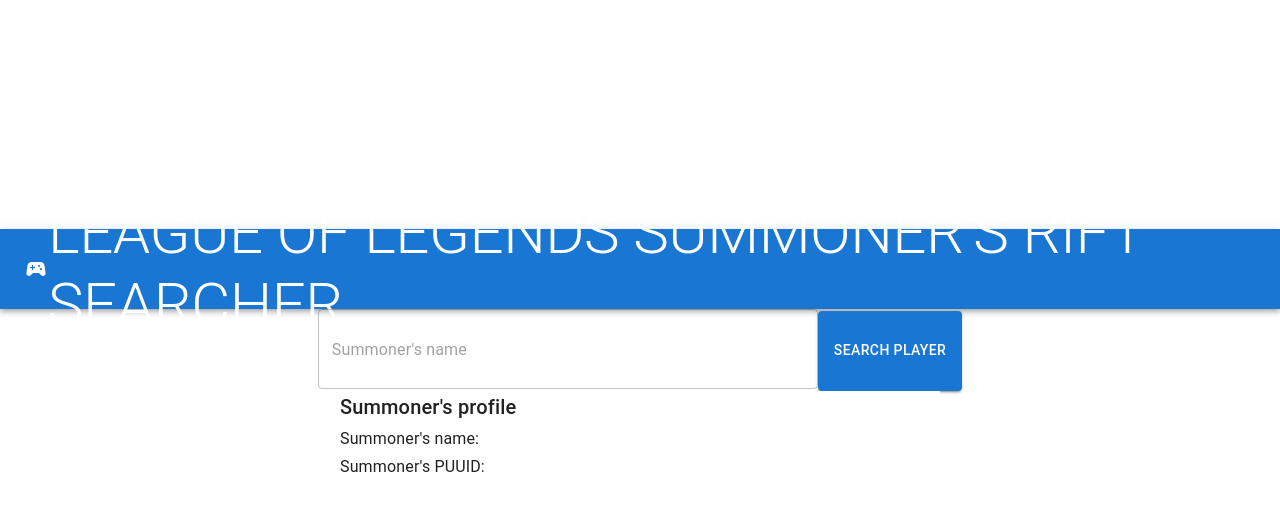
Repository: Mikerr21/League-Of-Legends-API
Page: /
An editor plug-in stored every save of this project. The page is shown before and after the next save, followed by the edit.
The browser window is 1280 px wide. The pictures show the whole page.
The page's requests for data from a server got no answer. The project was rebuilt for these pictures with package versions that can differ from the ones it lists, and the page was loaded fresh each time. No one was signed in, and anything a server would have sent is missing.

Above is the page before, as saved 2022-09-24 22:30:19.

### public/index.html
<!DOCTYPE html>
<html lang="en">
  <head>
    <meta charset="utf-8" />
    <link rel="icon" href="%PUBLIC_URL%/favicon.ico" />
    <meta name="viewport" content="width=device-width, initial-scale=1" />
    <meta name="theme-color" content="#000000" />
    <meta
      name="description"
      content="Web site created using create-react-app"
    />
    <link rel="apple-touch-icon" href="%PUBLIC_URL%/logo192.png" />

    <title>React App</title>
  </head>
  <body>
    <noscript>You need to enable JavaScript to run this app.</noscript>
    <div id="root"></div>

  </body>
</html>

### src/App.js
import React from "react";
import axios from "axios";
import { useState } from "react";
import { AppBar } from "@mui/material";
import { Toolbar } from "@mui/material";
import { CssBaseline } from "@mui/material";
import SportsEsportsIcon from "@mui/icons-material/SportsEsports";
import OutlinedInput from "@mui/material/OutlinedInput";

import { Typography } from "@mui/material";
import { Button } from "@mui/material";
import { Box } from "@mui/material";

import ListSubheader from '@mui/material/ListSubheader';
import List from '@mui/material/List';
import ListItemButton from '@mui/material/ListItemButton';
import ListItemIcon from '@mui/material/ListItemIcon';
import ListItemText from '@mui/material/ListItemText';
import Collapse from '@mui/material/Collapse';
import InboxIcon from '@mui/icons-material/MoveToInbox';
import DraftsIcon from '@mui/icons-material/Drafts';
import SendIcon from '@mui/icons-material/Send';
import ExpandLess from '@mui/icons-material/ExpandLess';
import ExpandMore from '@mui/icons-material/ExpandMore';
import StarBorder from '@mui/icons-material/StarBorder';
import Grid from "@mui/material/Grid";

function App() {
  const [searchPlayer, setSearchPlayer] = useState("");
  const [playerData, setPlayerData] = useState({});
  const API_KEY = "c4eb3244-2494-4789-a6a3-47b4f6d5b70a";

  function fetchPlayerData(event) {
    var API_KEY = "RGAPI-e5d7e95c-8a4e-4469-bf42-53bc6d1175b3";
    var API_CALL_STRING =
      "https://euw1.api.riotgames.com/lol/summoner/v4/summoners/by-name/" +
      searchPlayer +
      "?api_key=" +
      API_KEY;
    axios
      .get(API_CALL_STRING)
      .then(function (response) {
        //Success

        setPlayerData(response.data);
      })
      .catch(function (error) {
        //Error
        console.log(error);
      });
  }

  return (
    <div className="App">
      <CssBaseline />

      <Grid
  container
  spacing={0}
  direction="column"
  alignItems="center"
  justifyContent="center"
  style={{ minHeight: '100vh' }}
>
<CssBaseline />
<AppBar position="static">
        <Toolbar variant="dense" style={{ height: "80px" }}>
          <SportsEsportsIcon></SportsEsportsIcon>
          <Typography variant="h2" component="h2">
            LEAGUE OF LEGENDS SUMMONER'S RIFT SEARCHER
          </Typography>
        </Toolbar>
      </AppBar>
      <Box>
        <OutlinedInput
          onChange={(e) => setSearchPlayer(e.target.value)}
          type="text"
          placeholder="Summoner's name"
          style={{ height: "80px", width: "500px" }}
        ></OutlinedInput>
        <Button
          onClick={fetchPlayerData()}
          variant="contained"
          style={{ height: "80px" }}
        >
          Search player
        </Button>
      </Box>
      {JSON.stringify(playerData.data)}

      <List
      sx={{ width: '100%', maxWidth: 600, bgcolor: 'background.paper' }}
      component="nav"
      aria-labelledby="nested-list-subheader"
      subheader={
        <Typography variant="h6">
         Summoner's profile
        </Typography>
      }
    >
      {/* <ListItemButton>
        <ListItemIcon>
          <SendIcon />
        </ListItemIcon>
        <ListItemText primary="Sent mail" />
      </ListItemButton>
      <ListItemButton>
        <ListItemIcon>
          <DraftsIcon />
        </ListItemIcon>
        <ListItemText primary="Drafts" />
      </ListItemButton>
        <List component="div" disablePadding>
          <ListItemButton sx={{ pl: 4 }}>
            <ListItemIcon>
              <StarBorder />
            </ListItemIcon>
            <ListItemText primary="Starred" />
          </ListItemButton>
        </List>
     */}
 <ListItemText>
  <Typography variant="h7">
    Summoner's name:{searchPlayer}
  </Typography>
 </ListItemText>
 <ListItemText>
  <Typography variant="h7">
    Summoner's PUUID:{playerData.puuid}
  </Typography>
 </ListItemText>
 </List>


</Grid>

    </div>
  );
}

export default App;

Loaded but not shown: src/index.js (common file)

After the next save:
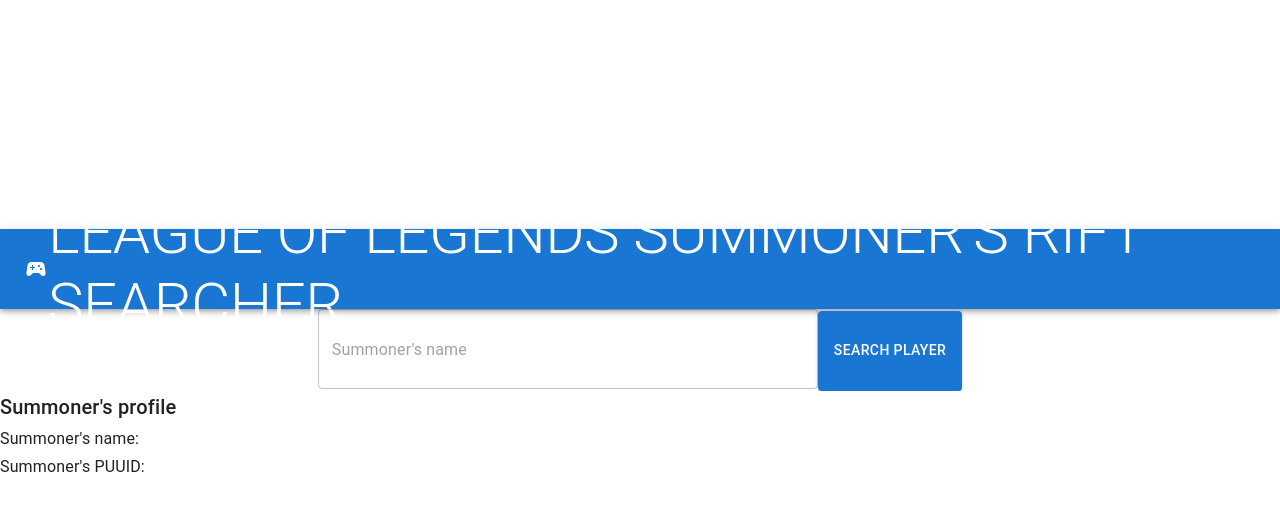
Saved 4 s later.
--- a/src/App.js
+++ b/src/App.js
@@ -89,7 +89,7 @@
       {JSON.stringify(playerData.data)}
 
       <List
-      sx={{ width: '100%', maxWidth: 600, bgcolor: 'background.paper' }}
+      sx={{ width: '100%', maxWidth: 1300, bgcolor: 'background.paper' }}
       component="nav"
       aria-labelledby="nested-list-subheader"
       subheader={
